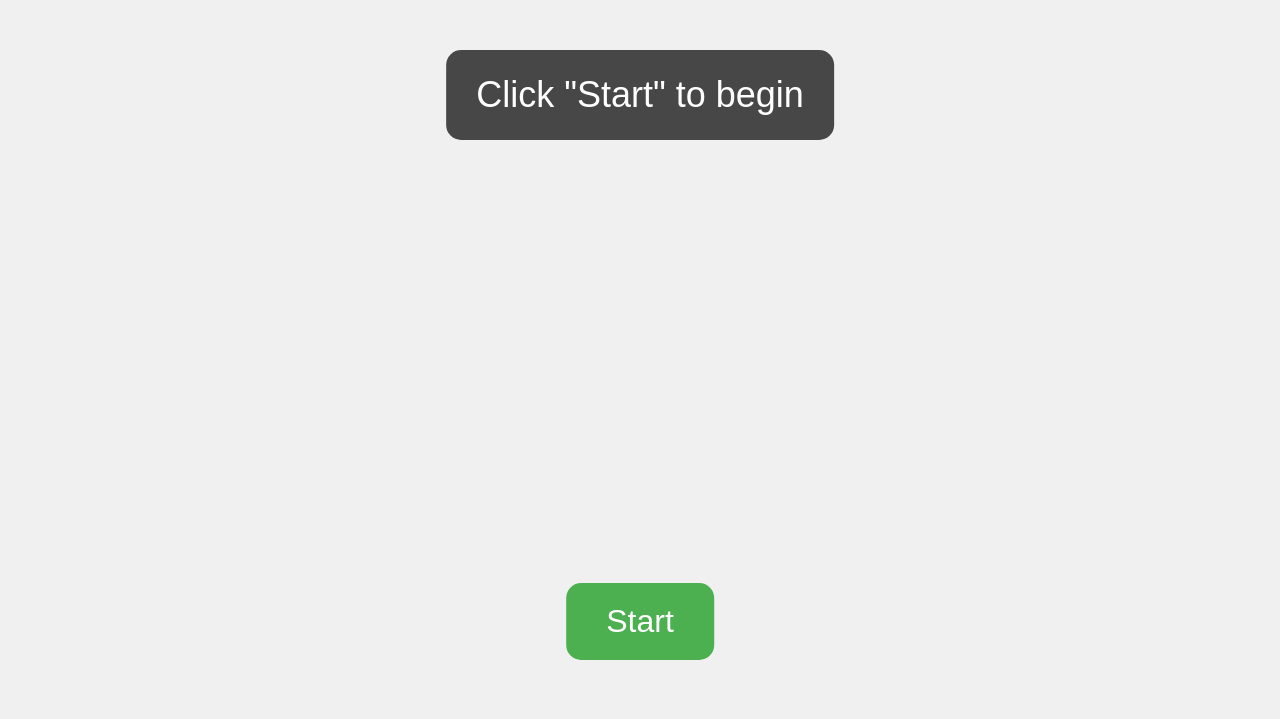
Repository: Jayhawk2000/AR_Game_DCD_Children
Page: challenge/throwing/index.html
The author's editor kept a copy of each file at every save. The page is drawn from the files as they stood at one save, then again after the next save.
The browser window is 1280 px wide. The pictures show the whole page.

Above is the page before, as saved 2024-08-29 15:50:44.

### challenge/throwing/index.html
<!DOCTYPE html>
<html lang="en">
  <head>
    <meta charset="UTF-8" />
    <meta name="viewport" content="width=device-width, initial-scale=1.0" />
    <title>Balance Pose Detector</title>
    <link rel="stylesheet" href="styles.css" />
  </head>
  <body>
    <div id="info">Click "Start" to begin</div>
    <button id="startButton">Start</button>
    <video id="video" style="display: none"></video>
    <canvas id="output"></canvas>

    <script
      src="https://cdn.jsdelivr.net/npm/@mediapipe/camera_utils/camera_utils.js"
      crossorigin="anonymous"
    ></script>
    <script
      src="https://cdn.jsdelivr.net/npm/@mediapipe/control_utils/control_utils.js"
      crossorigin="anonymous"
    ></script>
    <script
      src="https://cdn.jsdelivr.net/npm/@mediapipe/drawing_utils/drawing_utils.js"
      crossorigin="anonymous"
    ></script>
    <script
      src="https://cdn.jsdelivr.net/npm/@mediapipe/pose/pose.js"
      crossorigin="anonymous"
    ></script>
    <script src="app.js"></script>
  </body>
</html>

### challenge/throwing/styles.css
body {
  margin: 0;
  padding: 0;
  overflow: hidden;
  font-family: Arial, sans-serif;
  background-color: #f0f0f0;
}

#info {
  position: absolute;
  top: 50px;
  left: 50%;
  transform: translateX(-50%);
  background-color: rgba(0, 0, 0, 0.7);
  color: white;
  padding: 20px 30px;
  border-radius: 15px;
  font-size: 36px;
  text-align: center;
  z-index: 30;
  max-width: 80%;
  line-height: 1.4;
}

#startButton {
  position: absolute;
  bottom: 60px;
  left: 50%;
  transform: translateX(-50%);
  padding: 20px 40px;
  font-size: 32px;
  cursor: pointer;
  background-color: #4caf50;
  color: white;
  border: none;
  border-radius: 15px;
  z-index: 30;
}

#output {
  position: absolute;
  top: 0;
  left: 0;
  width: 100%;
  height: 100%;
  z-index: 10;
}

### challenge/throwing/app.js
const startButton = document.getElementById("startButton");
const info = document.getElementById("info");
const video = document.getElementById("video");
const canvasElement = document.getElementById("output");
const canvasCtx = canvasElement.getContext("2d");

let pose, camera;
let balancePoseDetected = false;
let balancePoseStartTime = 0;
const BALANCE_POSE_DURATION = 3000; // 3 seconds in milliseconds
let countdownTimer = 5; // 5 seconds countdown
let isDetectionStarted = false;

startButton.addEventListener("click", initCamera);

function initCamera() {
  startButton.style.display = "none";
  info.textContent = "Initializing camera...";

  pose = new Pose({
    locateFile: (file) => {
      return `https://cdn.jsdelivr.net/npm/@mediapipe/pose/${file}`;
    },
  });

  pose.setOptions({
    modelComplexity: 1,
    smoothLandmarks: true,
    minDetectionConfidence: 0.5,
    minTrackingConfidence: 0.5,
  });

  pose.onResults(onResults);

  camera = new Camera(video, {
    onFrame: async () => {
      await pose.send({ image: video });
    },
    width: 1280,
    height: 720,
  });

  camera
    .start()
    .then(() => {
      info.textContent = "Camera activated. Get ready!";
      startCountdown();
    })
    .catch((error) => {
      console.error(error);
      info.textContent = "Camera error: " + error.message;
    });
}

function startCountdown() {
  updateCountdown();
}

function updateCountdown() {
  if (countdownTimer > 0) {
    info.textContent = `Get ready! ${countdownTimer}`;
    countdownTimer--;
    setTimeout(updateCountdown, 1000);
  } else {
    info.textContent = "Strike a balance pose";
    isDetectionStarted = true;
  }
}

function onResults(results) {
  canvasCtx.save();
  canvasCtx.clearRect(0, 0, canvasElement.width, canvasElement.height);

  // Draw the camera feed
  canvasCtx.drawImage(
    results.image,
    0,
    0,
    canvasElement.width,
    canvasElement.height
  );

  if (isDetectionStarted && results.poseLandmarks) {
    drawConnectors(canvasCtx, results.poseLandmarks, POSE_CONNECTIONS, {
      color: "rgba(0, 255, 255, 0.5)",
      lineWidth: 4,
    });
    drawLandmarks(canvasCtx, results.poseLandmarks, {
      color: "rgba(255, 0, 255, 0.5)",
      lineWidth: 2,
    });

    checkBalancePose(results.poseLandmarks);
  }

  canvasCtx.restore();
}

function checkBalancePose(landmarks) {
  const leftShoulder = landmarks[11];
  const rightShoulder = landmarks[12];
  const leftAnkle = landmarks[27];
  const rightAnkle = landmarks[28];
  const leftWrist = landmarks[15];
  const rightWrist = landmarks[16];
  const leftHip = landmarks[23];
  const rightHip = landmarks[24];

  const shoulderLevel = Math.abs(leftShoulder.y - rightShoulder.y) < 0.05;
  const oneFootRaised = Math.abs(leftAnkle.y - rightAnkle.y) > 0.1;
  const armsRaised =
    leftWrist.y < leftShoulder.y && rightWrist.y < rightShoulder.y;
  const hipLevel = Math.abs(leftHip.y - rightHip.y) < 0.05;

  const currentTime = new Date().getTime();

  if (shoulderLevel && oneFootRaised && armsRaised && hipLevel) {
    if (!balancePoseDetected) {
      balancePoseDetected = true;
      balancePoseStartTime = currentTime;
      info.textContent = "Great! Hold this pose steady";
    } else if (currentTime - balancePoseStartTime >= BALANCE_POSE_DURATION) {
      info.textContent = "Excellent balance! You've held it for 3 seconds.";
      setTimeout(() => {
        info.textContent = "Let's try again. Prepare for another balance pose.";
        balancePoseDetected = false;
      }, 3000);
    } else {
      const remainingTime = Math.ceil(
        (BALANCE_POSE_DURATION - (currentTime - balancePoseStartTime)) / 1000
      );
      info.textContent = `Steady... ${remainingTime} more second${
        remainingTime !== 1 ? "s" : ""
      }`;
    }
  } else {
    balancePoseDetected = false;
    if (!shoulderLevel) {
      info.textContent =
        "Keep your shoulders level. Imagine a straight line between them.";
    } else if (!hipLevel) {
      info.textContent =
        "Align your hips. Think of balancing a tray on your hips.";
    } else if (!oneFootRaised) {
      info.textContent =
        "Lift one foot off the ground. Choose the leg you're most comfortable balancing on.";
    } else if (!armsRaised) {
      info.textContent =
        "Raise both arms to shoulder height. Extend them out to your sides like wings.";
    } else {
      info.textContent =
        "Almost there! Make small adjustments to find your balance.";
    }
  }
}

window.addEventListener("load", () => {
  canvasElement.width = window.innerWidth;
  canvasElement.height = window.innerHeight;
});

window.addEventListener("resize", () => {
  canvasElement.width = window.innerWidth;
  canvasElement.height = window.innerHeight;
});

After the next save:
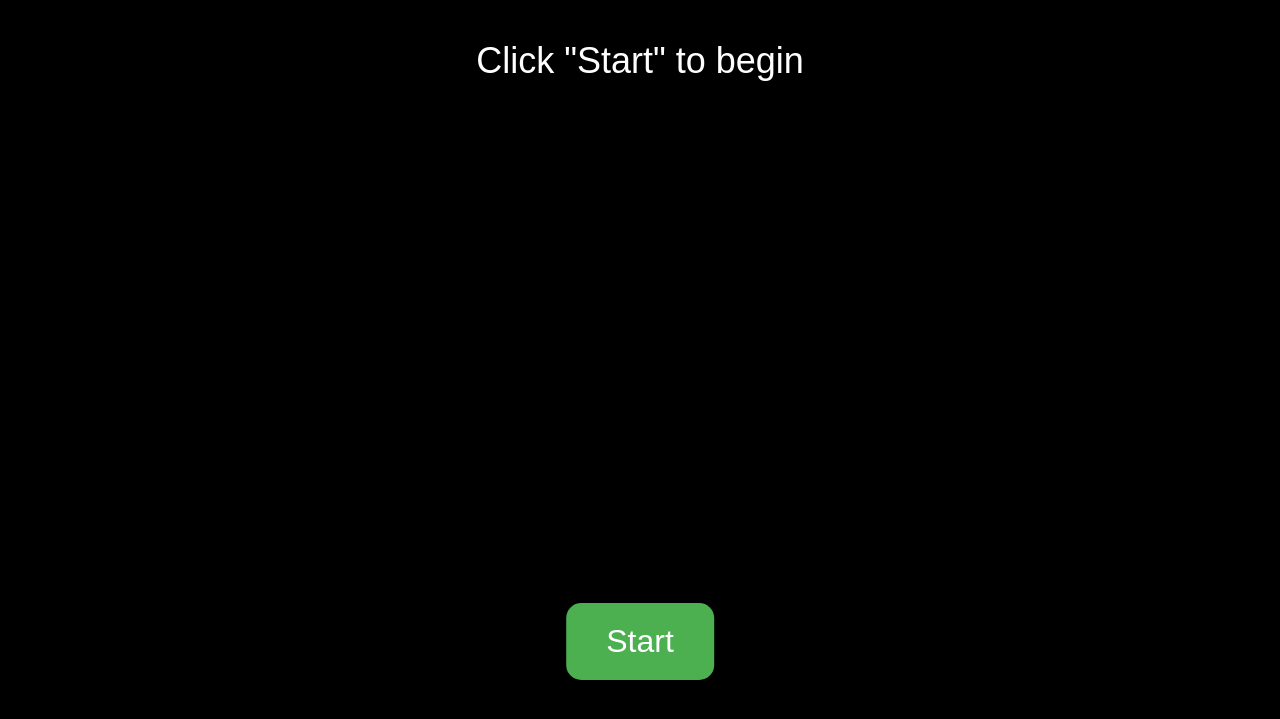
Saved 12 s later.
--- a/challenge/throwing/styles.css
+++ b/challenge/throwing/styles.css
@@ -3,12 +3,12 @@ body {
   padding: 0;
   overflow: hidden;
   font-family: Arial, sans-serif;
-  background-color: #f0f0f0;
+  background-color: #000;
 }
 
 #info {
   position: absolute;
-  top: 50px;
+  top: 20px;
   left: 50%;
   transform: translateX(-50%);
   background-color: rgba(0, 0, 0, 0.7);
@@ -19,12 +19,11 @@ body {
   text-align: center;
   z-index: 30;
   max-width: 80%;
-  line-height: 1.4;
 }
 
 #startButton {
   position: absolute;
-  bottom: 60px;
+  bottom: 40px;
   left: 50%;
   transform: translateX(-50%);
   padding: 20px 40px;
@@ -37,11 +36,21 @@ body {
   z-index: 30;
 }
 
+#video {
+  position: absolute;
+  top: 0;
+  left: 0;
+  width: 100%;
+  height: 100%;
+  object-fit: cover;
+  z-index: 10;
+}
+
 #output {
   position: absolute;
   top: 0;
   left: 0;
   width: 100%;
   height: 100%;
-  z-index: 10;
+  z-index: 20;
 }
